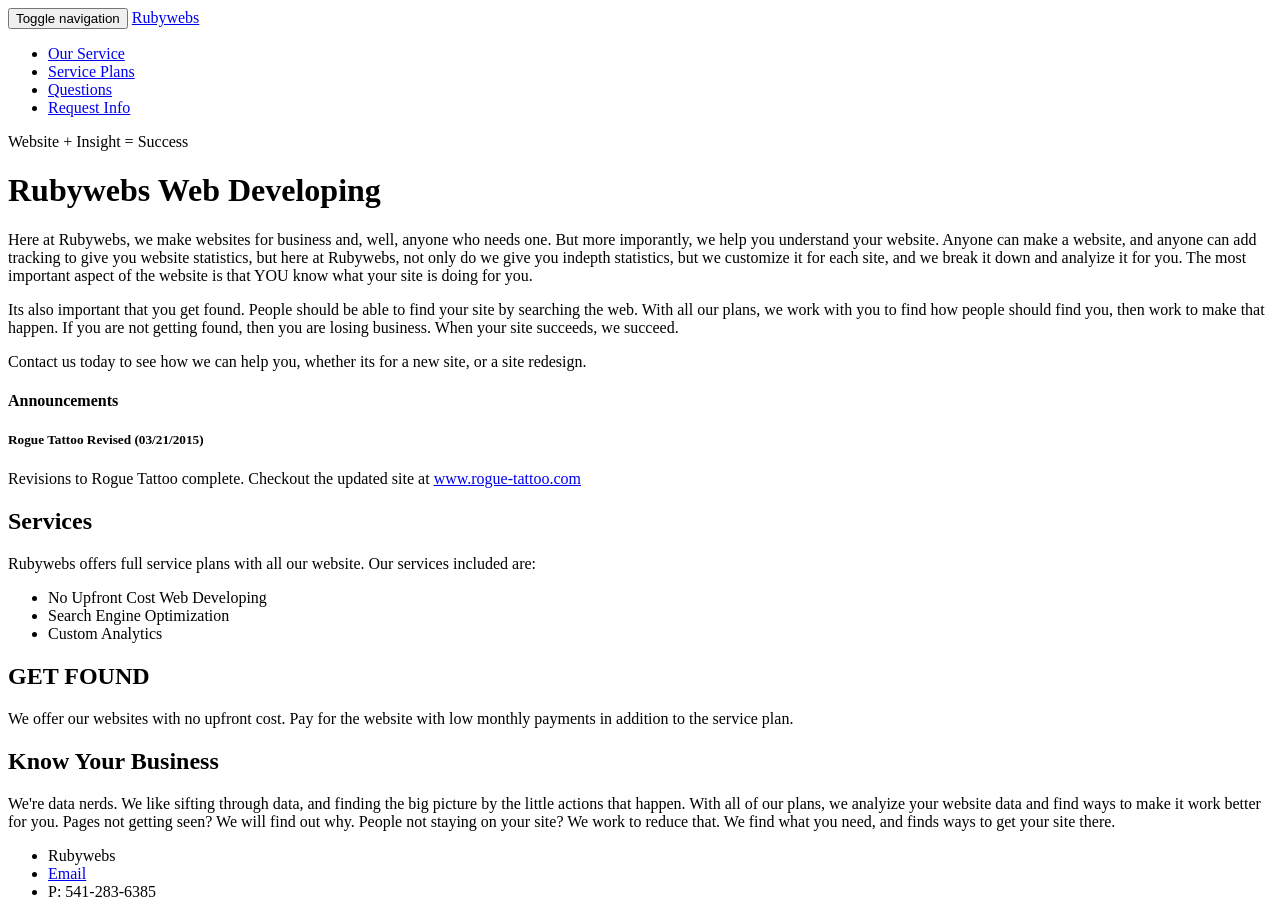
Repository: nlblunt/rubywebs
Page: app/assets/javascripts/html/index.html
The author's editor kept a record of every edit. The page is drawn from the files as they stood at one moment, then again after the next edit.
The browser window is 1280 px wide. The pictures show the whole page.

Above is the page before.

After the next edit:
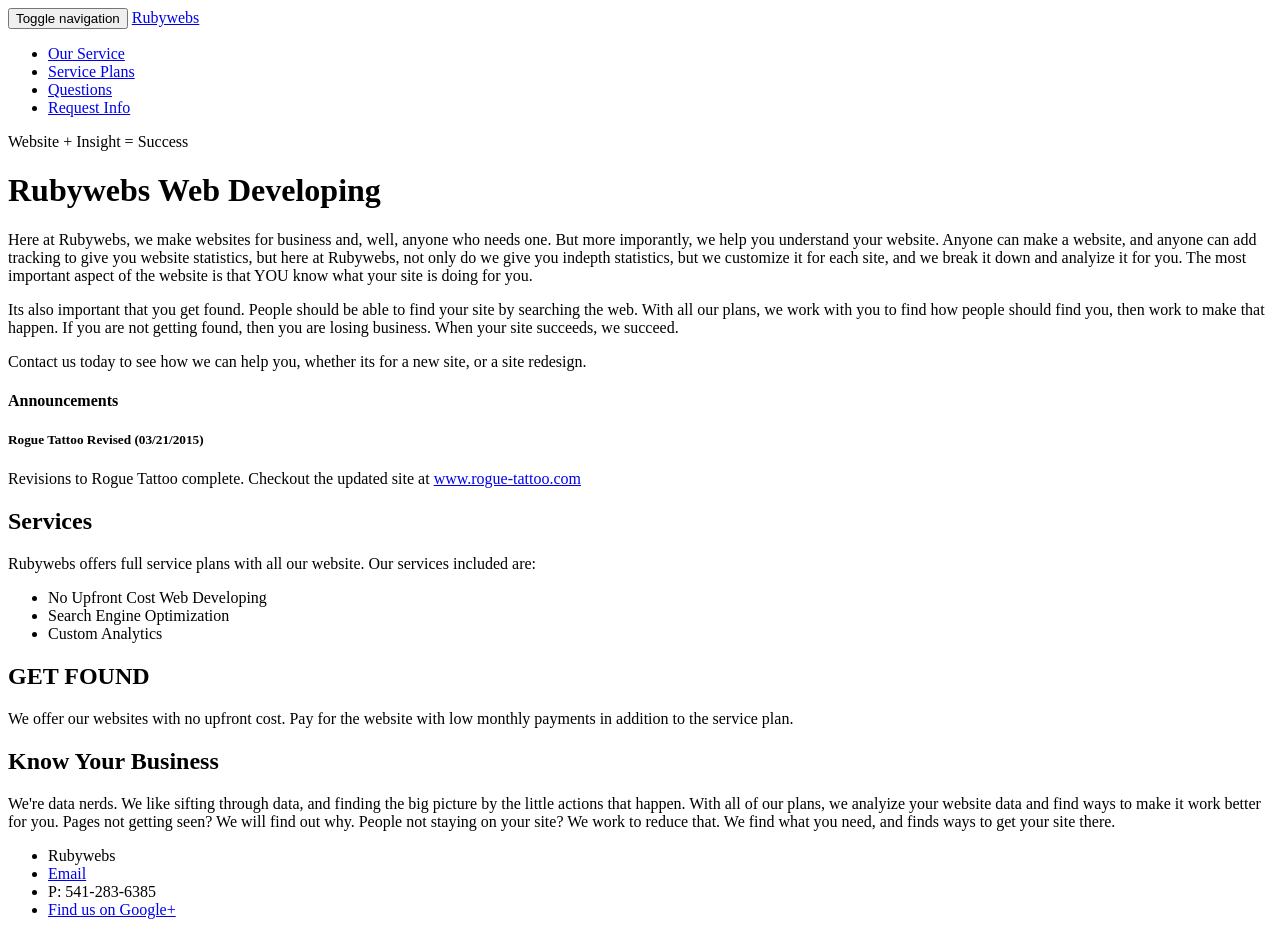
The edit:
--- a/app/assets/javascripts/html/index.html
+++ b/app/assets/javascripts/html/index.html
@@ -96,6 +96,7 @@
             <li>Rubywebs</li>
             <li><a href="mailto:nicolas.wb@outlook.com">Email</a></li>
             <li><phone>P: 541-283-6385</phone></li>
+            <li><a href="https://plus.google.com/111061938625311669752" rel="publisher">Find us on Google+</a></li>
           </ul>
         </div>
       </footer>
